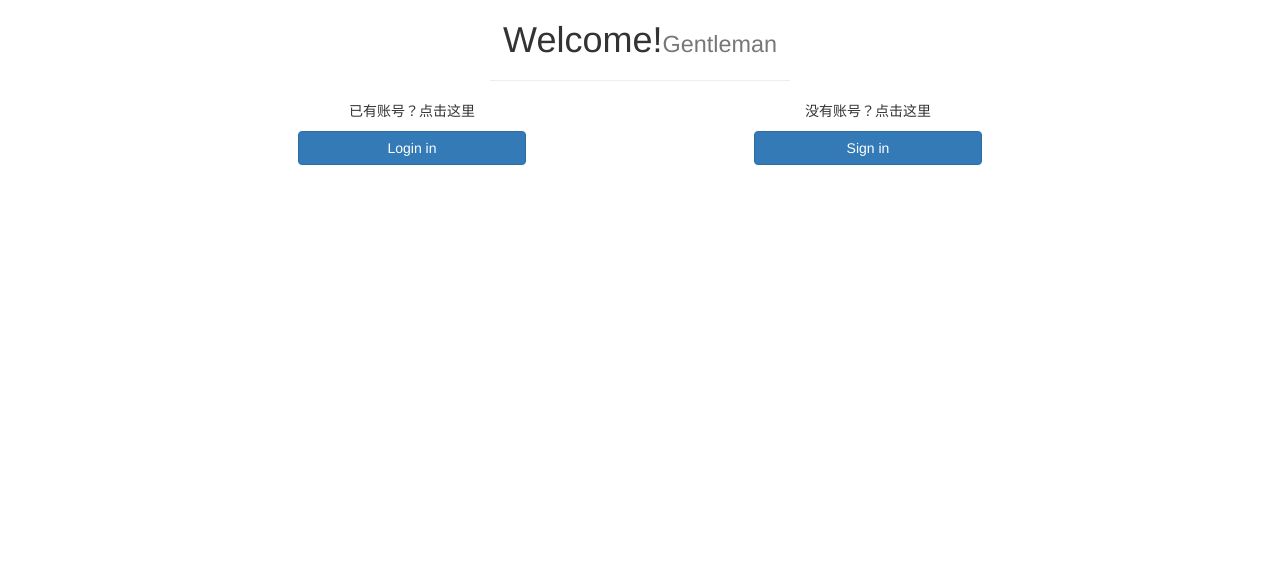
Repository: JasonBour/Beautypedia
Page: http://localhost/
The author's editor kept a copy of each file at every save. The page is drawn from the files as they stood at one save, then again after a run of saves.
The browser window is 1280 px wide. The pictures show the whole page.
The page is run by PHP 8.4 with error messages shown; the project is at /var/www/html/.

Above is the page before, as saved 2015-09-13 12:41:16.

### Beautypedia/index.php
<html>
<head>
<meta charset="utf-8">
<link rel="stylesheet" type="text/css" href="./css/bootstrap.min.css"><!-- css file-->
<link rel="stylesheet" type="text/css" href="./css/index.css">
</head>
<body>


<div class="container ">
    <h1  class="title">Welcome!<small>Gentleman</small></h1>



     <HR align=center width=300 color=#987cb9 SIZE=1>

  <div  class="login">
   <p>已有账号？点击这里</p>
   <button type="button" class="btn btn-primary btn-block">Login in</button>

  </div>

  <div class="signin">
  <p>没有账号？点击这里</p>
   <button type="button" class="btn btn-primary btn-block">Sign in</button>

  </div>
 </div>


</body>

</html>

### Beautypedia/css/index.css
@CHARSET "UTF-8";
div.container{
	text-align:center;


}
div.login{
	width:20%;
	float:left;
	margin-left:20%
}
div.signin{
 float:left;
	width:20%;
	margin-left:20%
}

Loaded but not shown: Beautypedia/css/bootstrap.min.css (library)

After the next 2 saves:
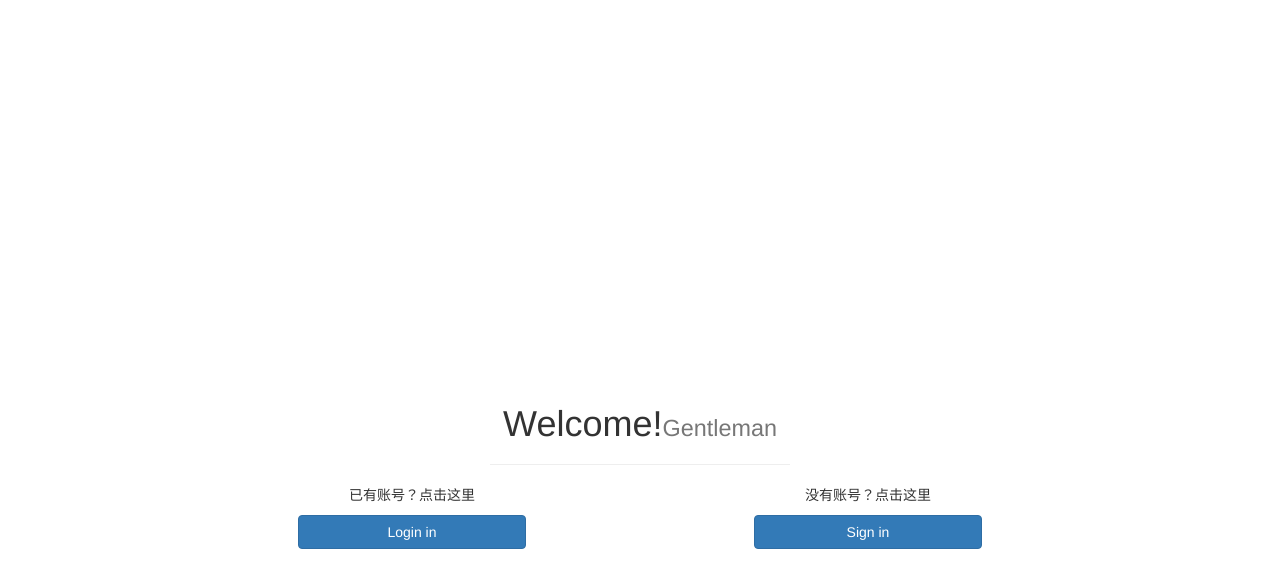
The 2 saves are shown as one change because they came seconds apart.
The last was saved 35 s later.
--- a/Beautypedia/css/index.css
+++ b/Beautypedia/css/index.css
@@ -1,7 +1,7 @@
 @CHARSET "UTF-8";
 div.container{
 	text-align:center;
-
+	 margin-top:30%;
 
 }
 div.login{
